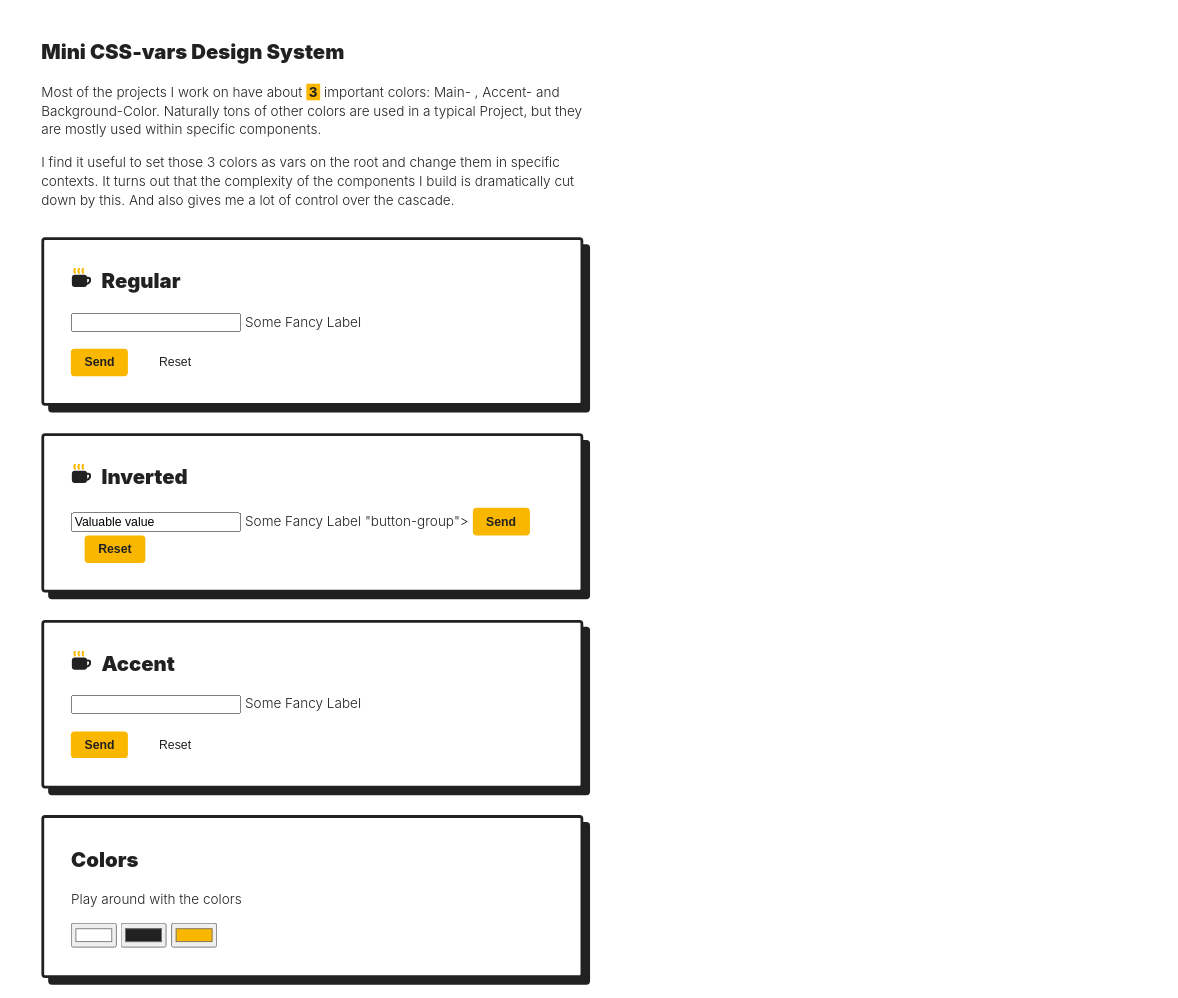
Repository: navid-amini12/capstone-1
Page: quiz.html
An editor plug-in stored every save of this project. The page is shown before and after the next save, followed by the edit.
The browser window is 1280 px wide. The pictures show the whole page, at 92% of full size.
Some web fonts or font styles are not loaded; a fallback is used.

Above is the page before, as saved 2022-05-17 12:15:57.

After the next save:
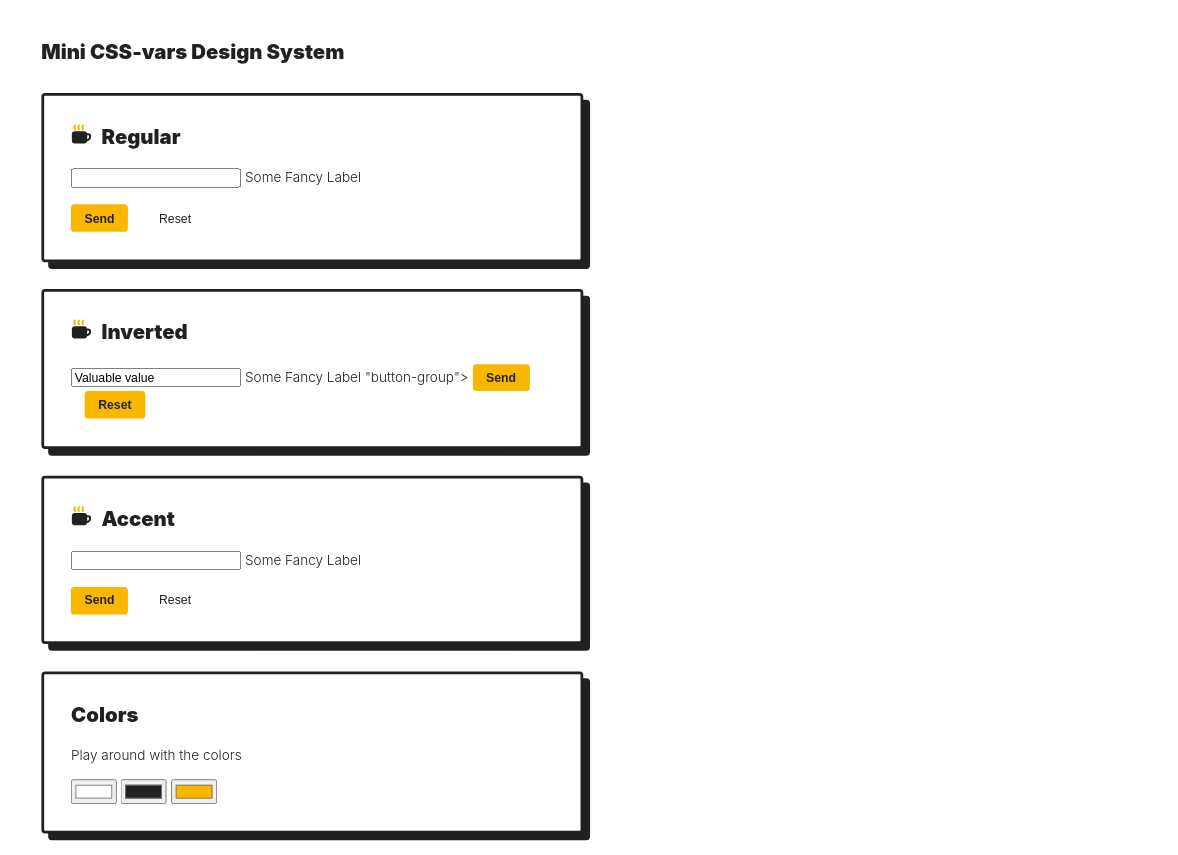
Saved 41 s later.
--- a/quiz.html
+++ b/quiz.html
@@ -6,9 +6,7 @@
 <article class="l-design-widht">
     <h1>Mini CSS-vars Design System</h1>
 
-    <p>Most of the projects I work on have about <mark>3</mark> important colors: Main- , Accent-  and Background-Color. Naturally tons of other colors are used in a typical Project, but they are mostly used within specific components.</p>
 
-    <p>I find it useful to set those 3 colors as vars on the root and change them in specific contexts. It turns out that the complexity of the components I build is dramatically cut down by this. And also gives me a lot of control over the cascade.</p>
 
     <div class="card">
       <h2><svg class="icon" aria-hidden="true">
